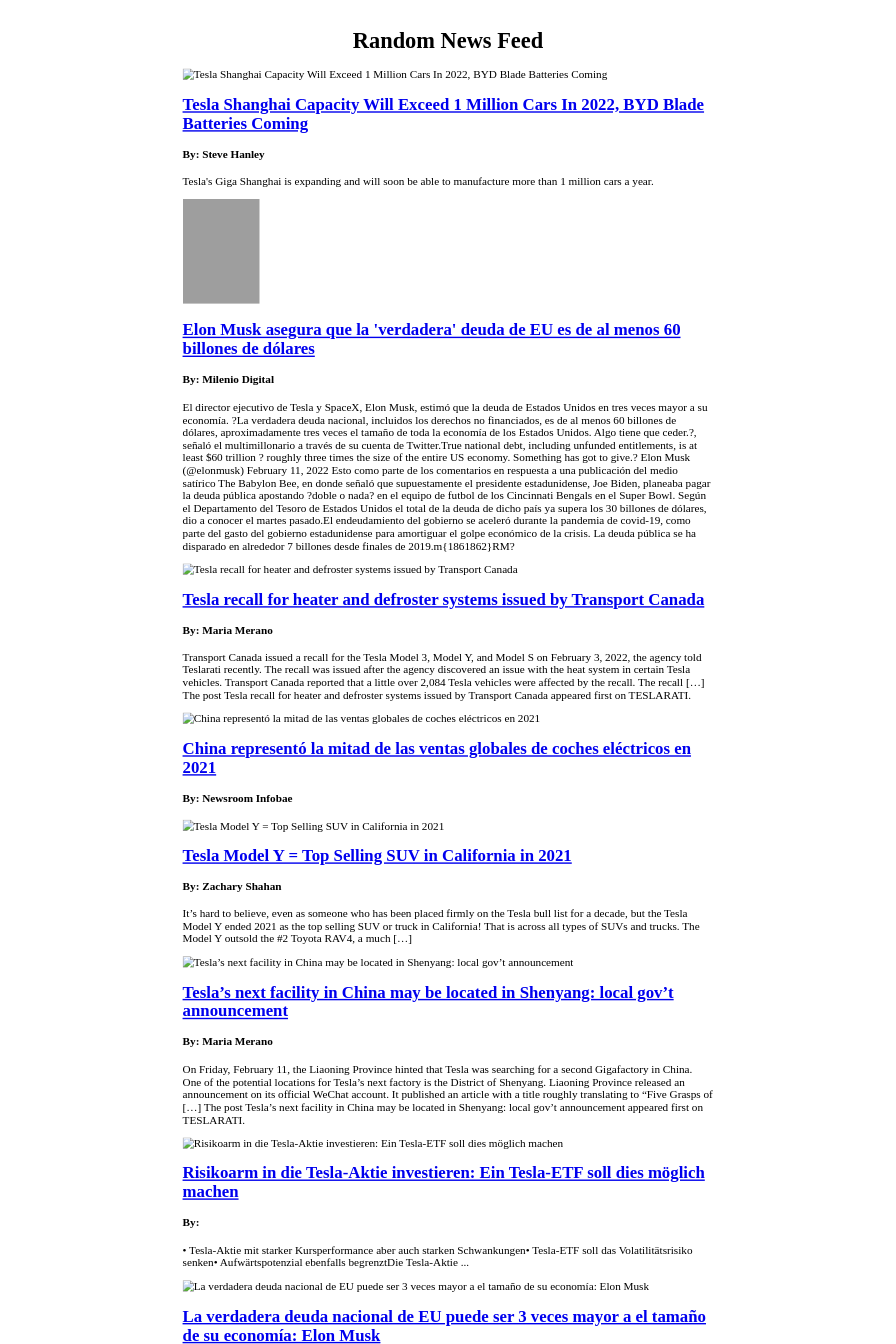
Repository: SamanthaYan298/my_news
Page: /
The author's editor kept a copy of each file at every save. The page is drawn from the files as they stood at one save, then again after the next save.
The browser window is 1280 px wide. The pictures show the part of the page from y = 0 to 1920 px (the page is 19288 px tall), at 70% of full size.
Pictures or frames that could not be fetched are drawn as grey boxes. The project was rebuilt for these pictures with package versions that can differ from the ones it lists, and the page was loaded fresh each time. Also part of the build but not shown: vite.config.js.

Above is the page before, as saved 2024-09-23 16:55:36.

### src/App.jsx
import news_feed from './sample_news_stories.json';

function App() {

  // Get stories from news feed
  const stories = news_feed.results;

  return (
    <div className="App">
      <h1>Random News Feed</h1>
      <div>
        {stories.map((story, index) => (
          <div key={index}>
            <div>
              <img
                src={story.image_url}
                alt={story.title}
                style={{
                  width: '110px',
                  height: '150px'
                }}
              />
            </div>
            <a href={story.link}><h2>{story.title}</h2></a>
            <h4>By: {story.creator}</h4>
            <p>{story.description}</p>
          </div>
        ))}
      </div>
    </div>
  );
}

export default App;

### src/index.css
.App {
  padding: 10px;
  max-width: 60%;
  margin: auto;
}

.App > h1 {
  text-align: center;
}

.feed {
  display: flex;
  flex-direction: column;
  gap: 1em;
}

.story {
  position: relative;
  padding: 1em;
  box-shadow: 0 1px 2px #aeaeae;
}

.story span.delete {
  position: absolute;
  /* padding: 1px 3px; */
  width: 1rem;
  height: 1rem;
  text-align: center;
  line-height: 0.8;
  top: 0;
  right: 0;
  background: red;
  color: #fff;
  cursor: pointer;
}

.story_header {
  display: flex;
  flex-direction: row;
  gap: 1em;
}

.story_header h1 {
  margin: 0;
  padding: 0;
  font-size: 1.5em;
}

.story_header h1 > a {
  text-decoration: none;
}

.story_creator {
  display: block;
  font-size: 1rem;
  margin-top: 1rem;
}

.story_image {
  max-width: 20%;
}

.story_image img {
  width: 100%;
}

Loaded but not shown: index.html (common file); src/main.jsx (common file); src/sample_news_stories.json (1743 lines, source omitted)

After the next save:
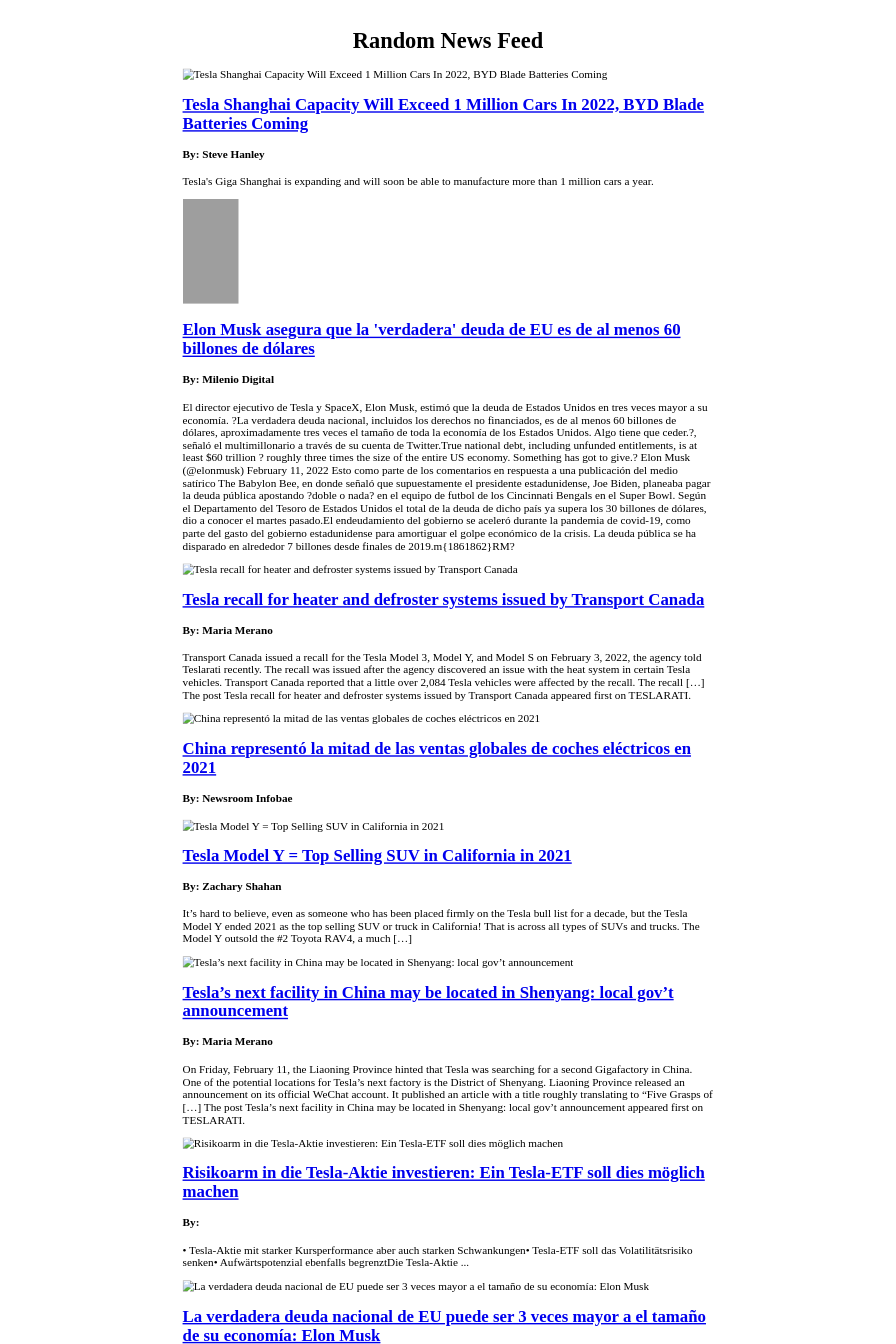
Saved 7 s later.
--- a/src/App.jsx
+++ b/src/App.jsx
@@ -16,7 +16,7 @@
                 src={story.image_url}
                 alt={story.title}
                 style={{
-                  width: '110px',
+                  width: '80px',
                   height: '150px'
                 }}
               />
